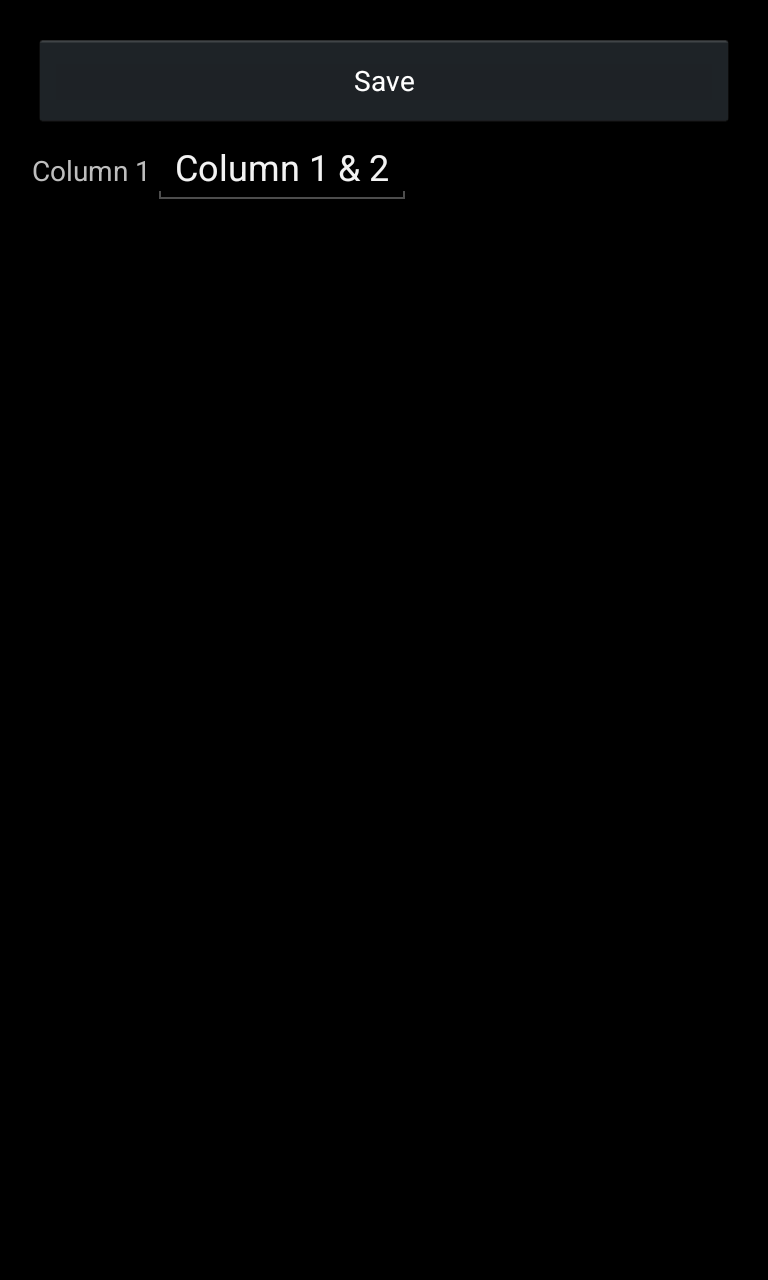
Repository: juanlurie/Android
Layout: HomeCommander/res/layout/settings.xml
These files come from the project's save history. The layout is drawn as it stood at one moment and after the next save; the edit follows.
It is drawn on a 768 x 1280 px phone screen (xhdpi) without system bars, with theme AppTheme; the app's code is not run.

Above is the layout before, as saved 2013-08-11 09:24:38.

After the next save:
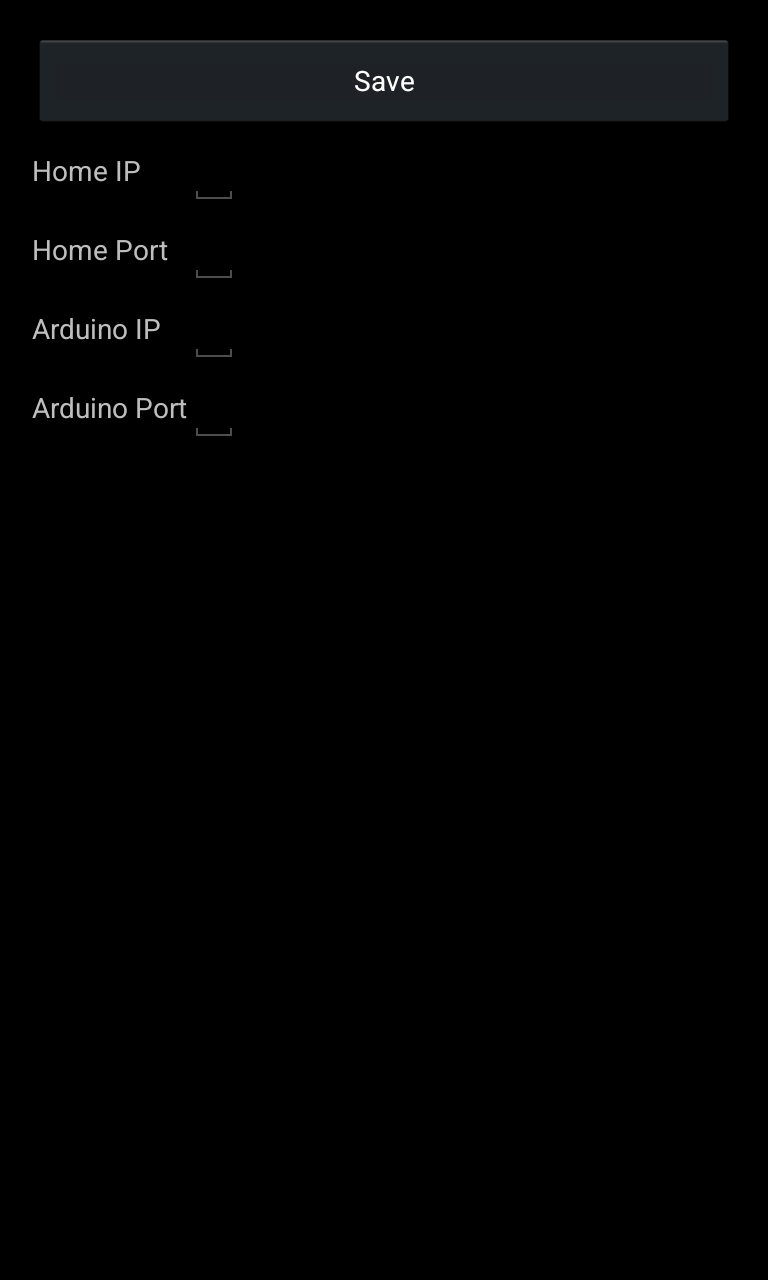
Saved 2 min 55 s later.
--- a/HomeCommander/res/layout/settings.xml
+++ b/HomeCommander/res/layout/settings.xml
@@ -28,13 +28,46 @@
             android:layout_height="wrap_content" >
 
             <TextView
-                android:id="@+id/textView1"
-                android:text="Column 1"
+                android:text="Home IP"
                 android:textAppearance="?android:attr/textAppearanceSmall" />
 
-            <EditText
-                android:id="@+id/editText1"
-                android:text="Column 1 &amp; 2" />
+            <EditText android:id="@+id/homeIp" />
+        </TableRow>
+
+        <TableRow
+            android:id="@+id/tableRow2"
+            android:layout_width="wrap_content"
+            android:layout_height="wrap_content" >
+
+            <TextView
+                android:text="Home Port"
+                android:textAppearance="?android:attr/textAppearanceSmall" />
+
+            <EditText android:id="@+id/homePort" />
+        </TableRow>
+
+        <TableRow
+            android:id="@+id/tableRow3"
+            android:layout_width="wrap_content"
+            android:layout_height="wrap_content" >
+
+            <TextView
+                android:text="Arduino IP"
+                android:textAppearance="?android:attr/textAppearanceSmall" />
+
+            <EditText android:id="@+id/arduinoIp" />
+        </TableRow>
+
+        <TableRow
+            android:id="@+id/tableRow4"
+            android:layout_width="wrap_content"
+            android:layout_height="wrap_content" >
+
+            <TextView
+                android:text="Arduino Port"
+                android:textAppearance="?android:attr/textAppearanceSmall" />
+
+            <EditText android:id="@+id/arduinoPort" />
         </TableRow>
     </TableLayout>
 
